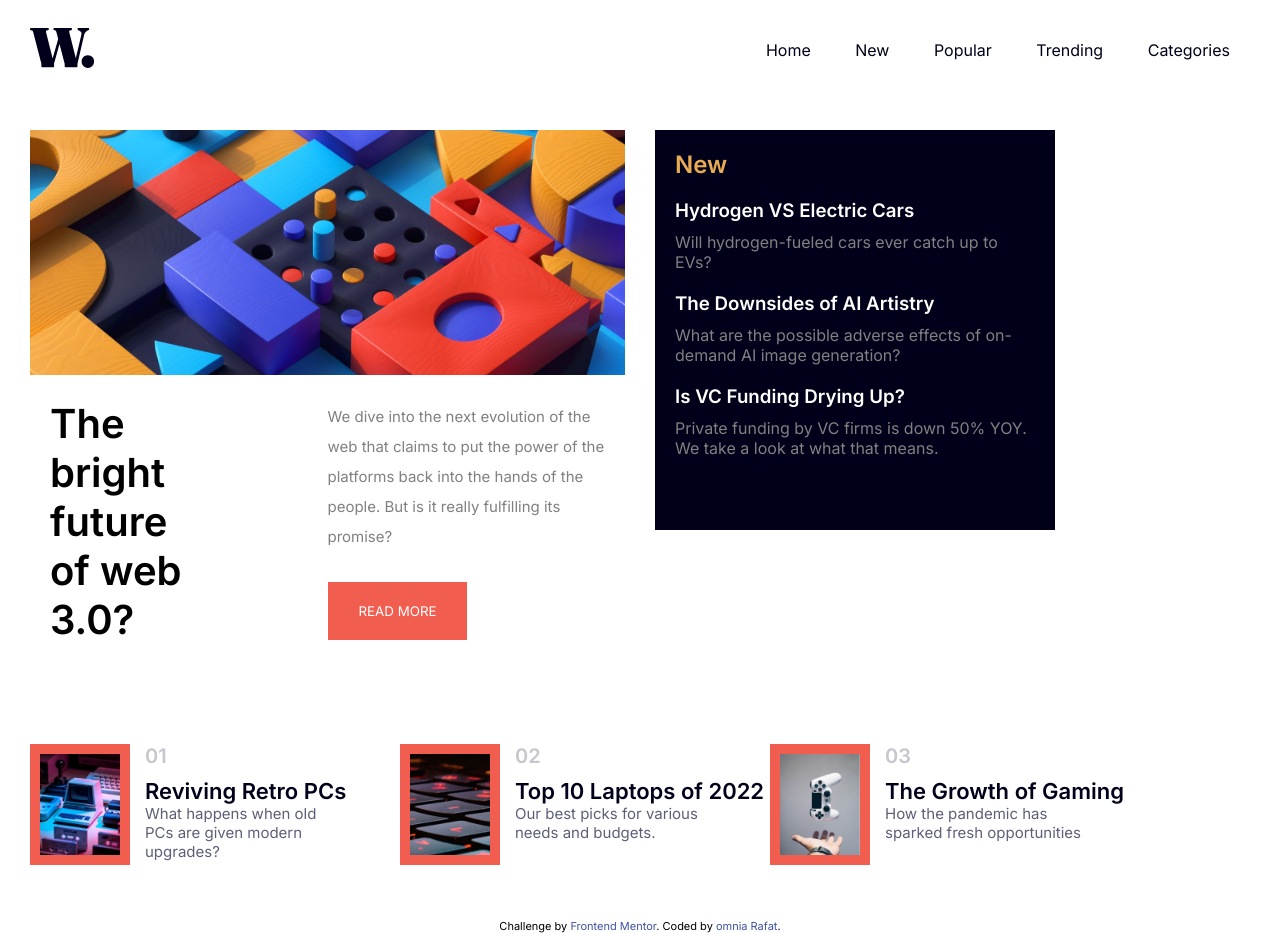
Repository: OmniaRafat232111121/HomePage
Page: index.html
An editor plug-in stored every save of this project. The page is shown before and after the next save, followed by the edit.
The browser window is 1280 px wide. The pictures show the whole page.

Above is the page before, as saved 2022-12-17 22:35:26.

After the next save:
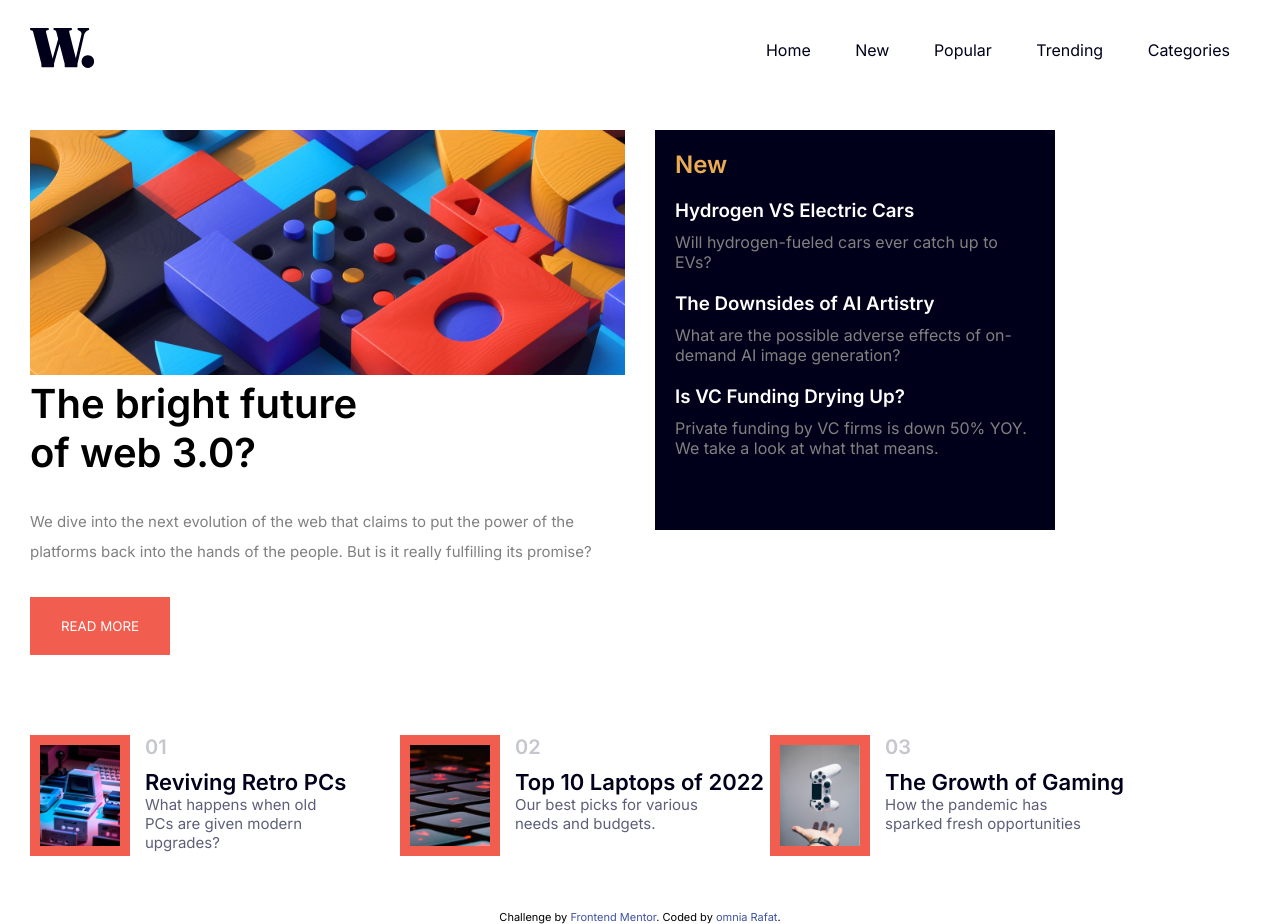
Saved 8 min 21 s later.
--- a/style.css
+++ b/style.css
@@ -45,10 +45,9 @@
     width:100%;
 }
 .content{
-    display:flex;
-    align-items: center;
-    justify-content: space-between;
-    padding:20px;
+      display: grid;
+  grid-template-columns: repeat(auto-fit, minmax(550px,1fr));
+   grid-gap:30px;
 }
 .heading{
     flex-basis: 50%;
